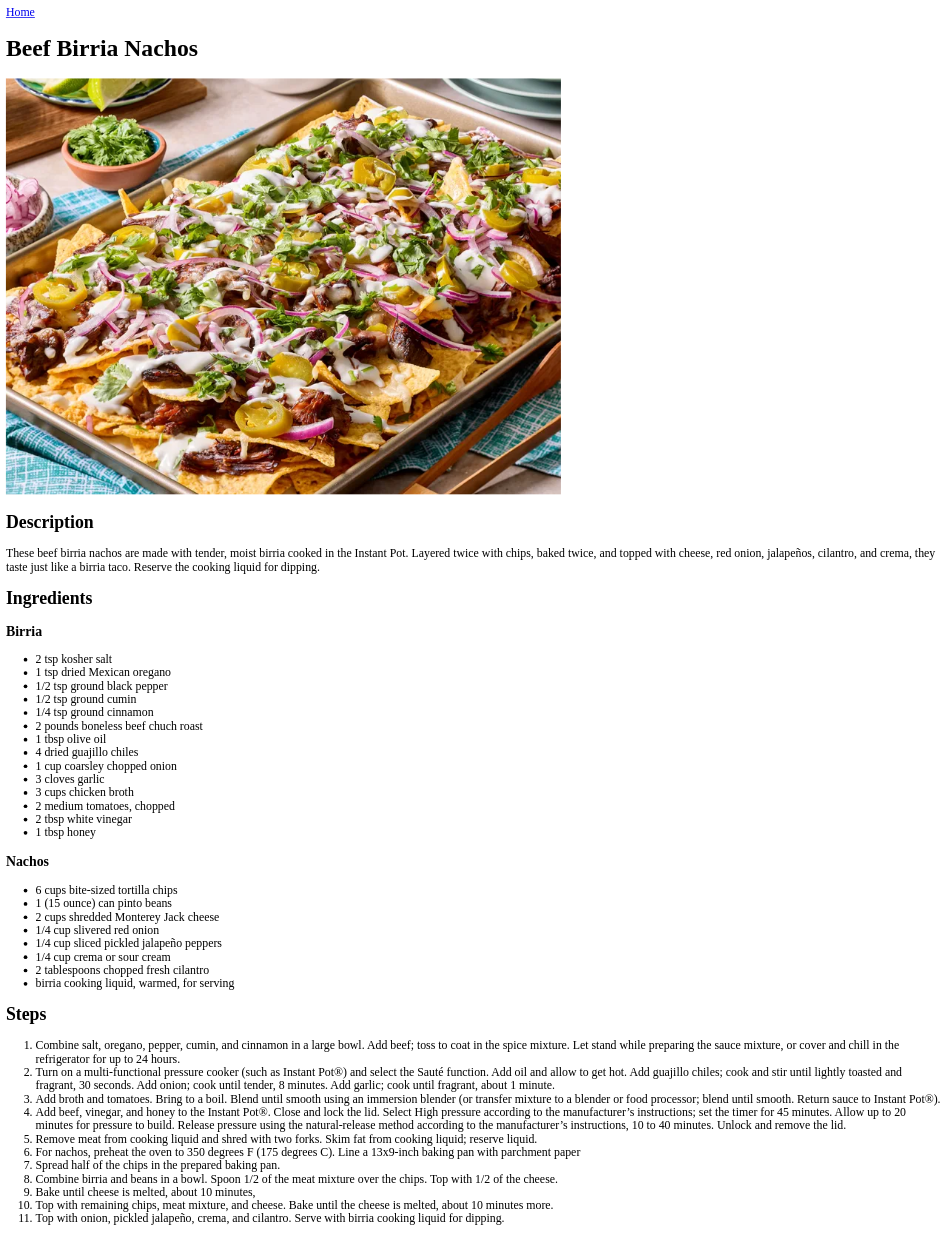
Repository: itsDevAK/odin-recipes
Page: recipes/nachos.html
These files come from the project's save history. The page is drawn as it stood at one moment and after a run of saves; the edit follows.
The browser window is 1280 px wide. The pictures show the whole page, at 74% of full size.

Above is the page before, as saved 2026-09-17 13:27:23.

### recipes/nachos.html
<!DOCTYPE html>
<html lang="en">
<head>
    <meta charset="UTF-8">
    <meta name="viewport" content="width=device-width, initial-scale=1.0">
    <title>Beef Birria Nachos</title>
</head>
<body>
    <a href="../index.html">Home</a>
    <h1>Beef Birria Nachos</h1>
    <img src="../images/nachos.webp" alt="">
    <h2>Description</h2>
    <p>These beef birria nachos are made with tender, moist birria cooked in the Instant Pot. Layered twice with chips, baked twice, and topped with cheese, red onion, jalapeños, cilantro, and crema, they taste just like a birria taco. Reserve the cooking liquid for dipping.</p>
    <h2>Ingredients</h2>
    <h3>Birria</h3>
    <ul>
        <li>2 tsp kosher salt</li>
        <li>1 tsp dried Mexican oregano</li>
        <li>1/2 tsp ground black pepper</li>
        <li>1/2 tsp ground cumin</li>
        <li>1/4 tsp ground cinnamon</li>
        <li>2 pounds boneless beef chuch roast</li>
        <li>1 tbsp olive oil</li>
        <li>4 dried guajillo chiles</li>
        <li>1 cup coarsley chopped onion</li>
        <li>3 cloves garlic</li>
        <li>3 cups chicken broth</li>
        <li>2 medium tomatoes, chopped</li>
        <li>2 tbsp white vinegar</li>
        <li>1 tbsp honey</li>
    </ul>
    <h3>Nachos</h3>
    <ul>
        <li>6 cups bite-sized tortilla chips</li>
        <li>1 (15 ounce) can pinto beans</li>
        <li>2 cups shredded Monterey Jack cheese</li>
        <li>1/4 cup slivered red onion</li>
        <li>1/4 cup sliced pickled jalapeño peppers</li>
        <li>1/4 cup crema or sour cream</li>
        <li>2 tablespoons chopped fresh cilantro</li>
        <li>birria cooking liquid, warmed, for serving</li>
    </ul>
    <h2>Steps</h2>
    <ol>
        <li>Combine salt, oregano, pepper, cumin, and cinnamon in a large bowl. Add beef; toss to coat in the spice mixture. Let stand while preparing the sauce mixture, or cover and chill in the refrigerator for up to 24 hours.</li>
        <li>Turn on a multi-functional pressure cooker (such as Instant Pot®) and select the Sauté function. Add oil and allow to get hot. Add guajillo chiles; cook and stir until lightly toasted and fragrant, 30 seconds. Add onion; cook until tender, 8 minutes. Add garlic; cook until fragrant, about 1 minute.</li>
        <li>Add broth and tomatoes. Bring to a boil. Blend until smooth using an immersion blender (or transfer mixture to a blender or food processor; blend until smooth. Return sauce to Instant Pot®). </li>
        <li>Add beef, vinegar, and honey to the Instant Pot®. Close and lock the lid. Select High pressure according to the manufacturer’s instructions; set the timer for 45 minutes. Allow up to 20 minutes for pressure to build. Release pressure using the natural-release method according to the manufacturer’s instructions, 10 to 40 minutes. Unlock and remove the lid.</li>
        <li>Remove meat from cooking liquid and shred with two forks. Skim fat from cooking liquid; reserve liquid.</li>
        <li>For nachos, preheat the oven to 350 degrees F (175 degrees C). Line a 13x9-inch baking pan with parchment paper</li>
        <li>Spread half of the chips in the prepared baking pan.</li>
        <li>Combine birria and beans in a bowl. Spoon 1/2 of the meat mixture over the chips. Top with 1/2 of the cheese. </li>
        <li>Bake until cheese is melted, about 10 minutes,</li>
        <li>Top with remaining chips, meat mixture, and cheese. Bake until the cheese is melted, about 10 minutes more.</li>
        <li>Top with onion, pickled jalapeño, crema, and cilantro. Serve with birria cooking liquid for dipping.</li>
    </ol>
</body>
</html>

After the next 3 saves:
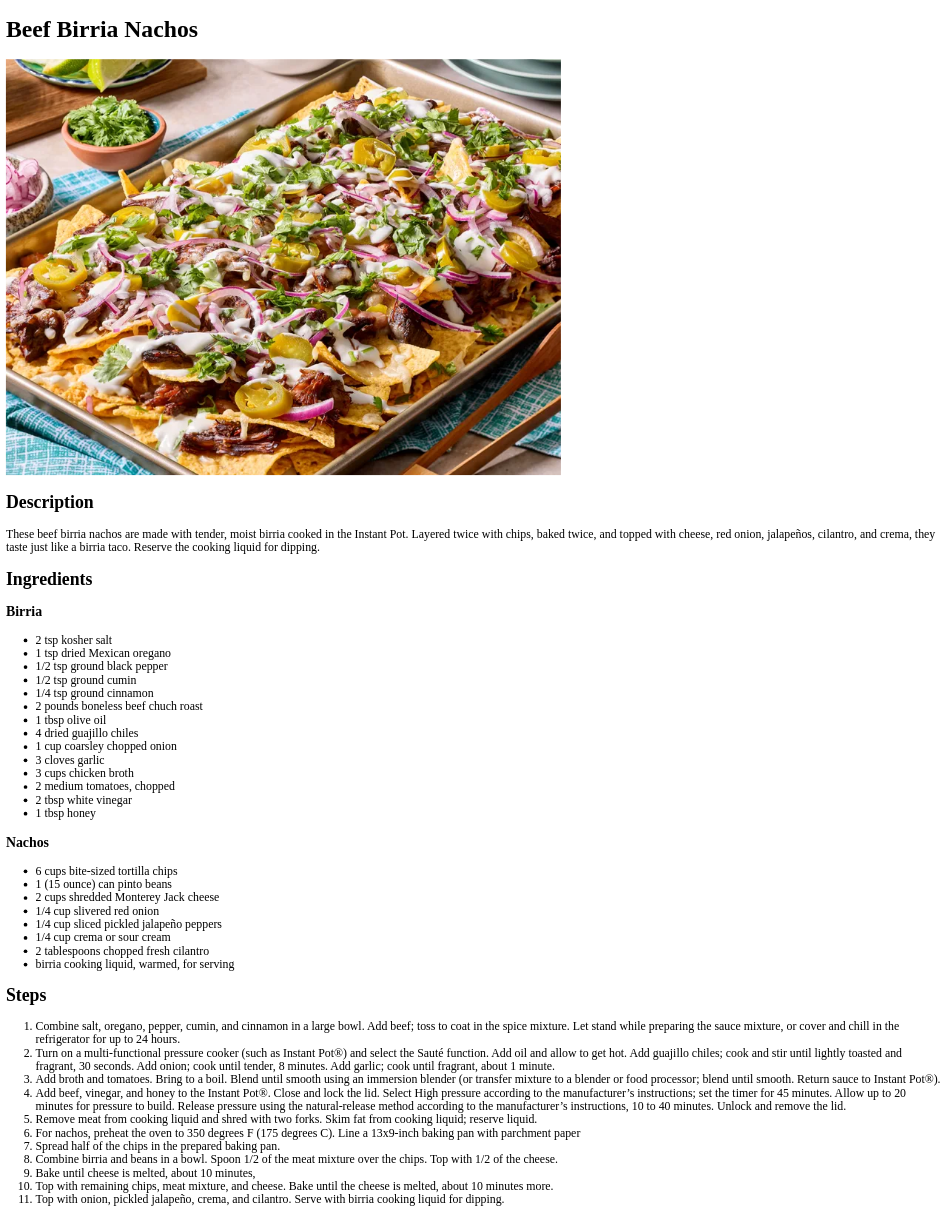
The 3 saves are shown as one change because they came seconds apart.
The last was saved 2 min 19 s later.
--- a/recipes/nachos.html
+++ b/recipes/nachos.html
@@ -6,7 +6,6 @@
     <title>Beef Birria Nachos</title>
 </head>
 <body>
-    <a href="../index.html">Home</a>
     <h1>Beef Birria Nachos</h1>
     <img src="../images/nachos.webp" alt="">
     <h2>Description</h2>
